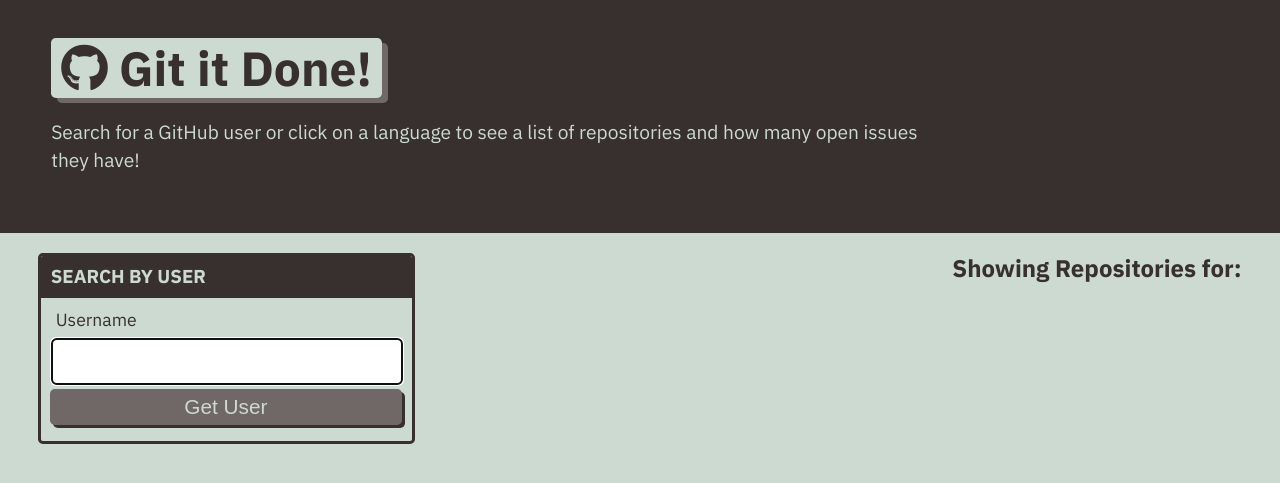
Repository: Brookethorson/git-it-done
Page: index.html
The author's editor kept a copy of each file at every save. The page is drawn from the files as they stood at one save, then again after the next save.
The browser window is 1280 px wide. The pictures show the whole page.
Some web libraries are served in a nearby version.

Above is the page before, as saved 2021-09-04 17:36:12.

After the next save:
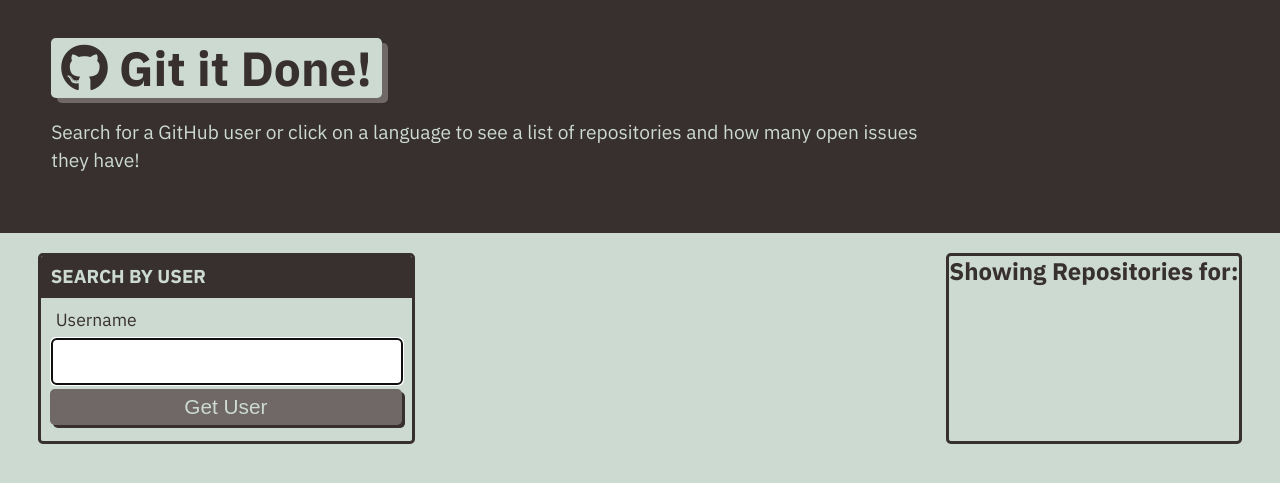
Saved 5 s later.
--- a/index.html
+++ b/index.html
@@ -32,7 +32,7 @@
       </div>
     </div>
 
-    <div class
+    <div class="card"
 
     <div class="col-12 col-md-8">
       <h2 class="subtitle">Showing Repositories for: <span id="repo-search-term"></span></h2>
